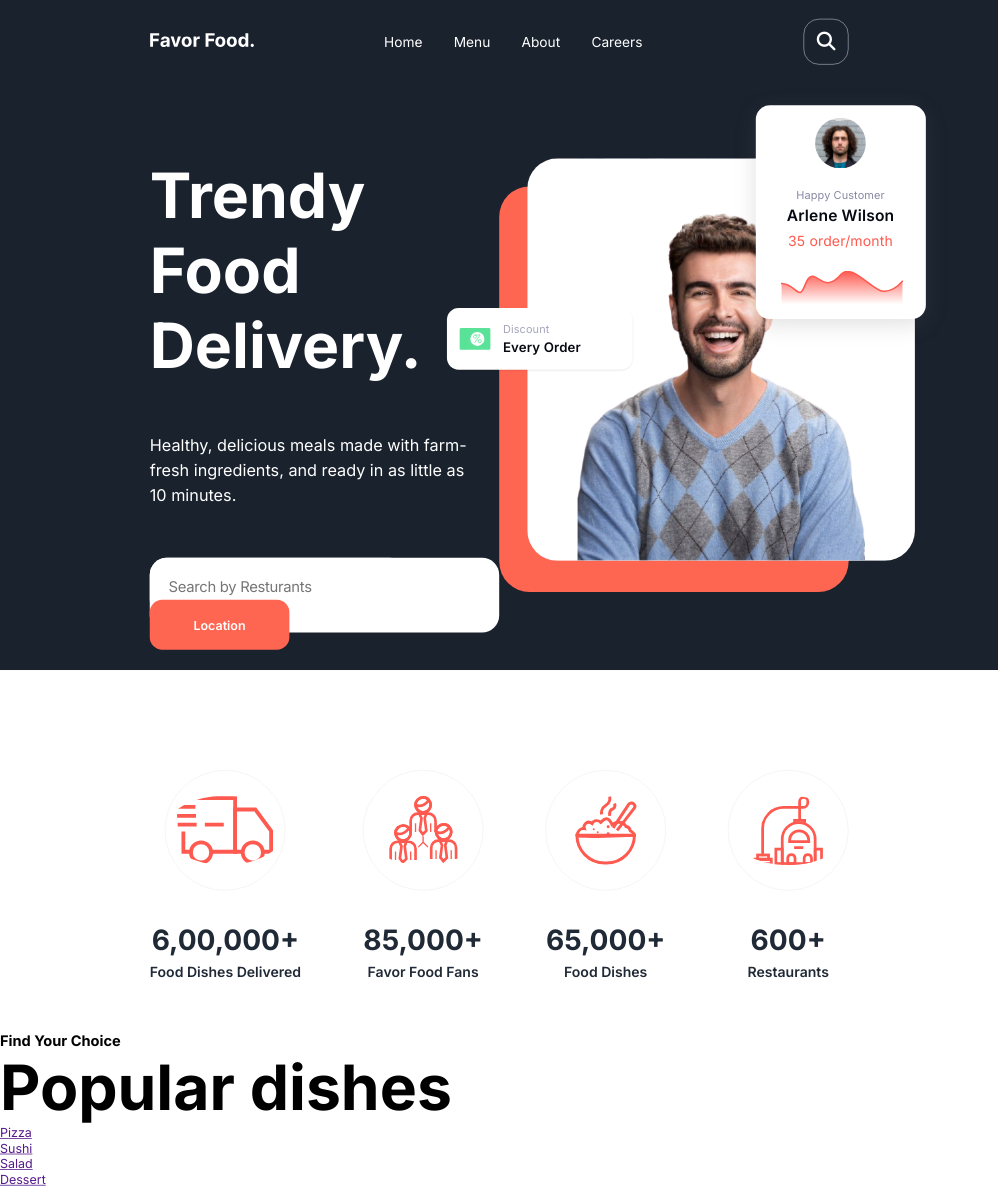
Repository: badhon252/favor-food
Page: index.html
These files come from the project's save history. The page is drawn as it stood at one moment and after the next save; the edit follows.
The browser window is 1280 px wide. The pictures show the whole page, at 78% of full size.
The style sheet was rebuilt from its Sass, Less or Tailwind sources for each picture, by a compiler version that may differ from the author's.

Above is the page before, as saved 2022-09-12 17:54:11.

### index.html
<!DOCTYPE html>
<html lang="en">

<head>
    <meta charset="UTF-8">
    <meta http-equiv="X-UA-Compatible" content="IE=edge">
    <meta name="viewport" content="width=device-width, initial-scale=1.0">
    <!-- fontawesome cdn link  -->
    <link rel="stylesheet" href="https://cdnjs.cloudflare.com/ajax/libs/font-awesome/6.2.0/css/all.min.css">
    <!-- custom css  -->
    <link rel="stylesheet" href="scss/style.css">

    <title>Favor-Food</title>
</head>

<body>
    <header class="">
        <div class="container">

            <nav>
                <div class="navbar-brand">
                    <img src="./images/logo.svg" alt="">
                </div>
                <ul class="nav">
                    <li><a href="">Home</a></li>
                    <li><a href="">Menu</a></li>
                    <li><a href="">About</a></li>
                    <li><a href="">Careers</a></li>
                </ul>

                <div class="search-icon">
                    <i class="fa-solid fa-magnifying-glass"></i>
                </div>
            </nav>

            <div class="header-content my-2">
                <div class="row">


                    <div class="col-md-6">
                        <h1>Trendy Food <br> Delivery.</h1>
                        <p class="my-5">Healthy, delicious meals made with farm- <br> fresh ingredients, and ready in as
                            little as <br>
                            10 minutes.
                        </p>
                        <form action="">
                            <input type="text" id="location" placeholder="Search by Resturants">
                            <label for="location">Location</label>
                        </form>
                    </div>
                    <div class="col-md-6">
                        <div class="card my-3">

                            <img src="./images/image 624.svg" class="header-main-img" alt="">

                            <div class="discount-card">
                                <img src="./images/Group 4347.svg" alt="">
                                <div class="discount">
                                    <h4>Discount</h4>
                                    <h2>Every Order</h2>
                                </div>
                            </div>
                            <div class="profile-card">
                                <img src="./images/Group 2738.svg" alt="">
                                <h4>Happy Customer</h4>
                                <h3>Arlene Wilson</h3>
                                <h2>35 order/month</h2>
                                <img src="./images/Group 2811.svg" alt="">
                            </div>
                        </div>
                    </div>
                </div>
            </div>
        </div>
    </header>

    <div class="second-section">
        <div class="row container">
            <div class="col-md-3">
                <img src="./images/Group 4321.svg" alt="" class="my-2 py-2">
                <h2>6,00,000+</h2>
                <h3>Food Dishes Delivered</h3>
            </div>
            <div class="col-md-3">
                <img src="./images/Group 4328.svg" alt="" class="my-2 py-2">
                <h2>85,000+</h2>
                <h3>Favor Food Fans</h3>
            </div>
            <div class="col-md-3">
                <img src="./images/Group 4323.svg" alt="" class="my-2 py-2">
                <h2>65,000+</h2>
                <h3>Food Dishes</h3>
            </div>
            <div class="col-md-3">
                <img src="./images/Group 4324.svg" alt="" class="my-2 py-2">
                <h2>600+</h2>
                <h3>Restaurants</h3>
            </div>
        </div>
    </div>

    <section class="third-section">
        <h3>Find Your Choice</h3>
        <h1>Popular dishes</h1>
        <nav>
            <ul>
                <li><a href="">Pizza</a></li>
                <li><a href="">Sushi</a></li>
                <li><a href="">Salad</a></li>
                <li><a href="">Dessert</a></li>
            </ul>
        </nav>
    </section>
</body>

</html>

### scss/style.scss
@import url("https://fonts.googleapis.com/css2?family=Inter:wght@400;600;700;800;900&display=swap");
* {
  margin: 0%;
  padding: 0;
  box-sizing: border-box;
  font-family: "Inter", sans-serif;
}

.container {
  margin: 0 12rem;
}
.row {
  display: flex;
  align-items: center;
  justify-content: space-between;
  max-width: 100%;
  .col-md-6 {
    max-width: 50%;
  }
}
h1 {
  font-weight: 700;
  font-size: 5rem;
  line-height: 96px;
}
.my-2 {
  margin: 2rem 0;
}
.my-3 {
  margin: 3rem 0;
}
.my-4 {
  margin: 4rem 0;
}
.my-5 {
  margin: 5rem 0;
}
.my-5 {
  margin: 5rem 0;
}
.my-6 {
  margin: 6rem 0;
}
.btn {
  outline: none;
  border: none;
  padding: 15px 30px;
}
.py-1 {
  padding: 1rem 0;
}
.py-2 {
  padding: 2rem 0;
}
.py-3 {
  padding: 3rem 0;
}
.py-4 {
  padding: 4rem 0;
}
//==========
//=========
// =======
header {
  background-color: #1a222d;
  color: #fff;
  nav {
    display: flex;
    justify-content: space-between;
    align-items: center;
    padding: 1.5rem 0;
    ul {
      display: flex;
      li {
        list-style-type: none;
        a {
          text-decoration: none;
          color: #fff;
          margin-right: 2.5rem;
          font-size: 1.1rem;
          font-weight: 500;
        }
      }
    }

    .search-icon {
      color: #fff;
      border: 1px solid rgba(255, 255, 255, 0.521);
      border-radius: 50%;
      padding: 1rem;
      border-radius: 20px;
      cursor: pointer;
      &:hover {
        opacity: 1;
      }
      i {
        font-size: 1.5rem;
      }
    }
  }

  .header-content {
    min-height: 80vh;
    padding: 3rem 0;
    h1 {
      margin: 1rem 0;
    }
    p {
      font-size: 1.3rem;
      font-weight: 500;
      margin: 4rem 0;
      line-height: 32px;
    }
    form {
      display: inline-block;
      border-radius: 22px;
      background: #ffffff;
      input {
        padding: 1.5rem;
        font-size: 19px;
        line-height: 28px;
        letter-spacing: -0.02em;
        outline: none;
        border: none;
        color: #b1b1b1;
        border-radius: 22px;
      }
      label {
        background: #ff6652;
        border-radius: 16px;
        padding: 1.4rem 3.5rem;
        margin-right: 0.6rem;
        cursor: pointer;
        font-weight: 600;
      }
    }

    .card {
      background: #ff6652;
      border-radius: 39px;
      // padding: 0 4rem;
      position: relative;
      .header-main-img {
        background-color: #fff;
        padding: 0 4rem;
        border-radius: 39px;
        position: relative;
        margin-left: 8%;
        margin-bottom: 8%;
        margin-top: -8%;
        transition: 0.4s;
        &:hover {
          margin-top: 0%;
          margin-left: 0%;
          margin-bottom: 0%;
        }

        // padding-left: 3rem;
        // &:hover {
        //   margin: -2rem -2rem auto auto;
        // }
      }

      .discount-card {
        position: absolute;
        top: 30%;
        left: -15%;
        background-color: #fff;
        color: #000;
        padding: 1rem;
        display: flex;
        border-radius: 15px;
        width: 238px;
        box-shadow: rgba(0, 0, 0, 0.1) 0px 1px 2px 0px;

        img {
          margin-right: 1rem;
        }
        h4 {
          font-weight: 400;
          font-size: 14px;
          line-height: 21px;
          letter-spacing: 0.01em;
          color: #a6a6bb;
        }
        h2 {
          font-weight: 600;
          font-size: 17px;
          line-height: 26px;
          letter-spacing: 0.01em;
          color: #070a13;
        }
      }
      .profile-card {
        position: absolute;
        top: -20%;
        right: -22%;
        width: 218px;
        height: 274px;
        background-color: #fff;
        border-radius: 18px;
        color: #000;
        padding: 0 2rem;
        text-align: center;
        box-shadow: rgba(100, 100, 111, 0.2) 0px 7px 29px 0px;
        img {
          margin: 1rem 0;
        }
        h4 {
          font-weight: 500;
          font-size: 14px;
          line-height: 16px;
          text-align: center;
          letter-spacing: 0.01em;
          color: #8888a5;
          margin: 0.4rem 0;
        }
        h3 {
          font-weight: 600;
          font-size: 20px;
          line-height: 23px;
          letter-spacing: 0.01em;
          color: #070a13;
        }
        h2 {
          font-weight: 500;
          font-size: 18px;
          line-height: 21px;
          letter-spacing: 0.01em;
          color: #fe5a50;
          margin: 0.7rem 0;
        }
      }
    }
  }
}

.second-section {
  padding: 4rem 0;
  text-align: center;
  img {
    border-radius: 50%;
    width: 155px;
    height: 155px;

    background: #ffffff;
    border: 1px solid #f3f3f3;
    &:hover {
      box-shadow: rgba(0, 0, 0, 0.1) 0px 20px 25px -5px,
        rgba(0, 0, 0, 0.04) 0px 10px 10px -5px;
    }
  }
  h2 {
    font-weight: 700;
    font-size: 36px;
    line-height: 54px;
    text-align: center;
    color: #202a36;
  }
  h3 {
    font-weight: 600;
    font-size: 18px;
    line-height: 27px;
    text-align: center;
    color: #202a36;
  }
}

After the next save:
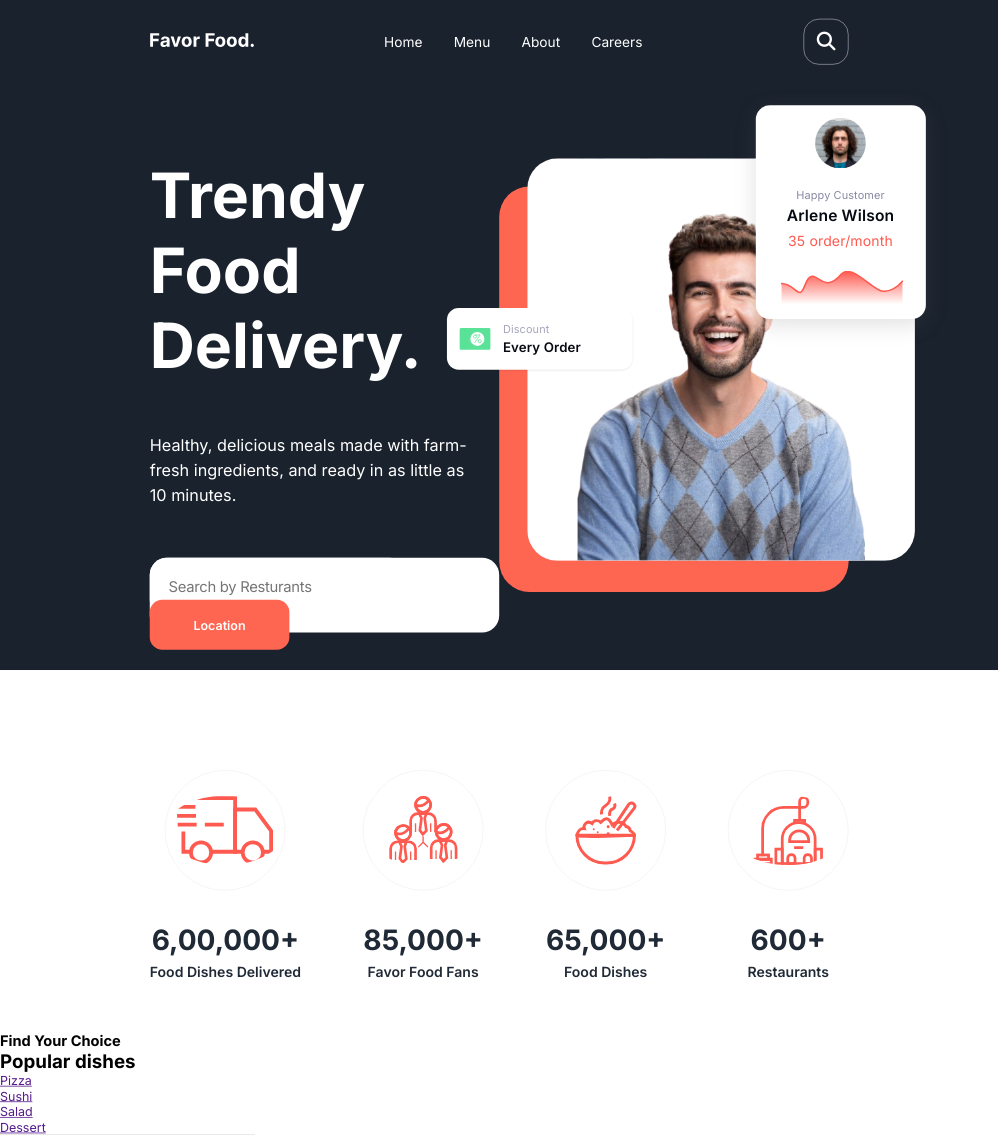
Saved 19 s later.
--- a/index.html
+++ b/index.html
@@ -101,7 +101,7 @@
 
     <section class="third-section">
         <h3>Find Your Choice</h3>
-        <h1>Popular dishes</h1>
+        <h2>Popular dishes</h2>
         <nav>
             <ul>
                 <li><a href="">Pizza</a></li>
